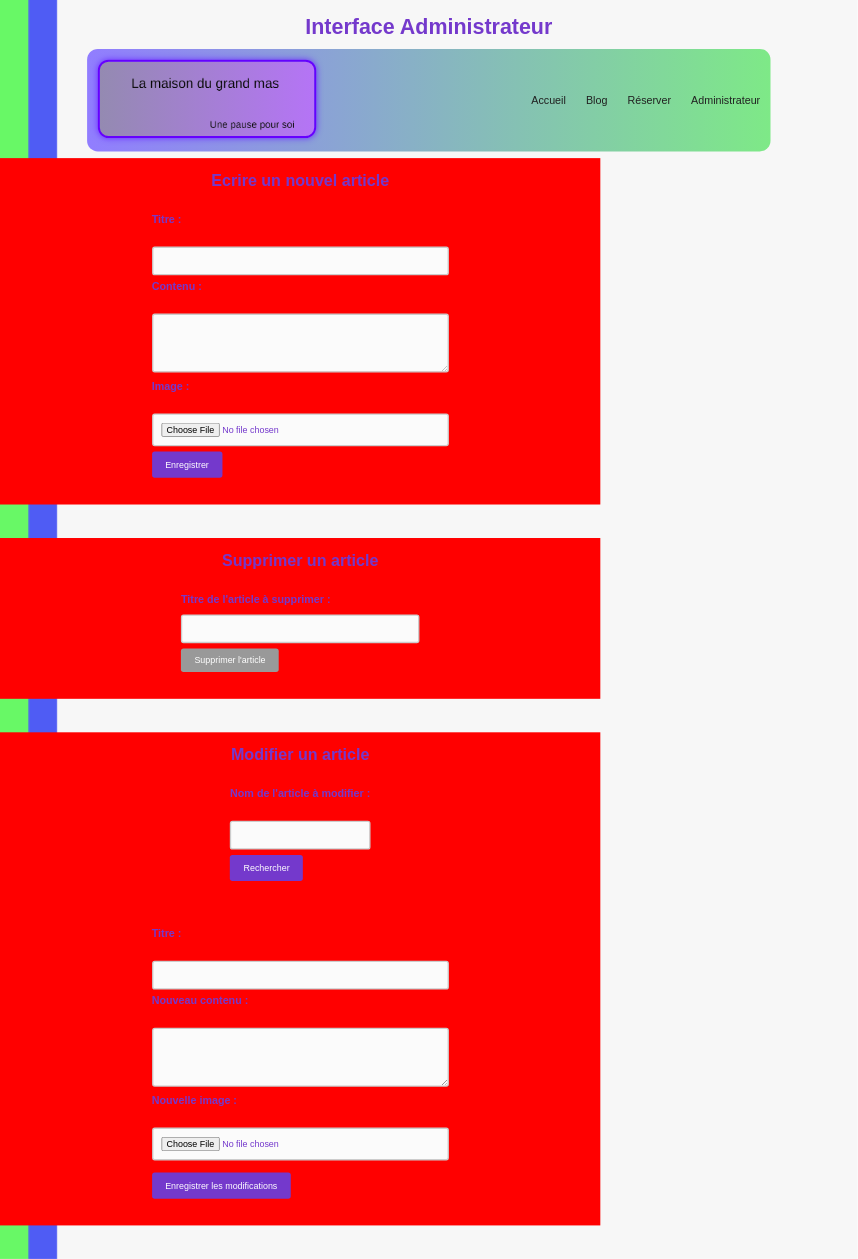
Repository: Crosnierpaul/Les_Rangers_de_Pouvoir
Page: http://localhost/adminBlog
These files come from the project's save history. The page is drawn as it stood at one moment and after a run of saves; the edit follows.
The browser window is 1280 px wide. The pictures show the whole page, at 67% of full size.
Backgrounds fixed to the window are drawn as part of the page. The page is served by the project's Node server (site/server.js). Other server files are loaded and not shown.

Above is the page before, as saved 2024-05-07 16:50:24.

### site/public/views/blogAdmin.ejs
<!DOCTYPE html>
<html lang="fr">
<head>
    <meta charset="UTF-8">
    <meta name="viewport" content="width=device-width, initial-scale=1.0">
    <title>Interface Administrateur</title>
    <link rel="stylesheet" href="/css/style.css">
    <link rel="stylesheet" href="/css/blogAdmin.css">
    <!-- Utilisation du chemin absolu pour le fichier CSS -->
</head>
<body>
        <h1>Interface Administrateur</h1>
        <%- include('navbarAdmin') %>

    <section>
        <h2>Ecrire un nouvel article</h2>
        <form id="articleForm">
            <label for="title">Titre :</label><br>
            <input type="text" id="title" name="title" required><br>
            <label for="content">Contenu :</label><br>
            <textarea id="content" name="content" rows="4" cols="50" required></textarea><br>
            <label for="image">Image :</label><br>
            <input type="file" id="image" name="image"><br>
            <input type="submit" value="Enregistrer">
        </form>
    </section>

    <section>
        <h2>Supprimer un article</h2>
         <form id="deleteArticleForm">
            <label for="articleTitleToDelete">Titre de l'article à supprimer :</label>
            <input type="text" id="articleTitleToDelete" name="articleTitleToDelete">
            <button type="submit">Supprimer l'article</button>
        </form>
    </section>

    <section >
        <h2>Modifier un article</h2>
        <form id="searchArticleForm">
            <label for="searchTitle">Nom de l'article à modifier :</label><br>
            <input type="text" id="searchTitle" name="searchTitle" required><br>
            <input type="submit" value="Rechercher">
        </form>

        <form id="editArticleForm">
            <label for="editTitle">Titre :</label><br>
            <input type="text" id="editTitle" name="editTitle" readonly required><br>
            <label for="editContent">Nouveau contenu :</label><br>
            <textarea id="editContent" name="editContent" rows="4" cols="50" required></textarea><br>
            <label for="editImage">Nouvelle image :</label><br>
            <input type="file" id="editImage" name="editImage"><br>
            <input type="submit" value="Enregistrer les modifications" id="saveChanges">
        </form>
    </section>

    <script src="/js/blogAdmin.js"></script> <!-- Utilisation du chemin absolu pour le fichier JavaScript -->
</body>
</html>

### site/public/views/navbarAdmin.ejs
<!DOCTYPE html>
<html lang="fr">
<head>
    <meta charset="UTF-8">
    <meta name="viewport" content="width=device-width, initial-scale=1.0">
    <title>Navbar</title>
    <link href="/css/navbar.css" rel="stylesheet">
</head>
<body>
    <header>
        <nav class="navbar navbar-expand-md navbar-light">
            <div class="container">
                <!-- Ajouter le bouton de bascule pour les petits écrans
                <button class="navbar-toggler" type="button" data-toggle="collapse" data-target="#navbarSupportedContent" aria-controls="navbarSupportedContent" aria-expanded="false" aria-label="Toggle navigation">
                    <span class="navbar-toggler-icon"></span>
                </button> -->
                <div class="collapse navbar-collapse justify-content-center" id="navbarSupportedContent">
                    <ul class="navbar-nav d-flex justify-content-start">
                        <li id="liLogo">
                            <img id="logo" src="/images/logo.png"/>
                        </li>
                        <li class="nav-item">
                            <a class="nav-link" href="/">Accueil</a>
                        </li>
                        <li class="nav-item">
                            <a class="nav-link" href="/blog">Blog</a>
                        </li>
                        <li class="nav-item">
                            <a class="nav-link" href="/entretien">Réserver</a>
                        </li>
                        <li class="nav-item">
                            <a class="nav-link" href="/admin">Administrateur</a>
                        </li>
                        </ul>
                    </div>
                </div>
            </div>
        </nav>
    </header>

    <!-- Inclure jQuery (requis pour Bootstrap JavaScript)
    <script src="https://ajax.googleapis.com/ajax/libs/jquery/3.5.1/jquery.min.js"></script>
    Inclure Bootstrap JavaScript
    <script src="https://stackpath.bootstrapcdn.com/bootstrap/4.5.2/js/bootstrap.bundle.min.js"></script> -->
</body>
</html>

<script>
    // Attendez que le DOM soit chargé
    document.addEventListener("DOMContentLoaded", function() {
        // Récupérez l'URL de la page actuelle
        var currentLocation = window.location.href.substring("http://localhost:3000".length);

        // Sélectionnez tous les liens de la navbar
        var navLinks = document.querySelectorAll('.navbar-nav .nav-item');

        // Parcourez chaque lien pour vérifier s'il correspond à la page active
        navLinks.forEach(function(navItem) {
            var link = navItem.querySelector('.nav-link');
            var linkHref = link.getAttribute('href');

            // Vérifiez si l'URL de la page actuelle correspond à l'URL du lien dans la navbar
            if (currentLocation === linkHref) {
                // Ajoutez la classe 'active' à l'élément parent (li) correspondant
                navItem.classList.add('active');
            }
        });
    });
</script>

### site/server.js
const express = require('express');
const mongoose = require('mongoose');
const semainesRoutes = require('./routes/semainesRoutes');
const articleRoutes = require('./routes/articleRoutes');
const reservationsRoutes = require('./routes/reservationsRoutes');
const entretienRoutes = require('./routes/entretienRoutes');
const path = require('path');

const app = express();
const PORT = process.env.PORT || 3000;

//----------- Connect to MongoDB -----------//
mongoose.connect('mongodb://localhost:27017/siteDB', { useNewUrlParser: true, useUnifiedTopology: true })
    .then(() => {
        console.log('Connected to MongoDB');
        app.listen(PORT, () => {
            console.log(`Server is running on port ${PORT}`);
        });
    })
    .catch(err => console.error('Error connecting to MongoDB:', err));

//----------- Middleware -----------//
app.use(express.json());

app.use(express.static(path.join(__dirname, 'public')));

//----------- View engine setup -----------//
app.set('views', path.join(__dirname, 'public', 'views'));

app.set('view engine', 'ejs');

//----------- Routes -----------//
app.use('/semaines', semainesRoutes);
app.use('/reservations', reservationsRoutes);
app.use('/articles', articleRoutes);
app.use('/entretiens', entretienRoutes);

app.get('/', (req, res) => {
    res.render('index');
});

app.get('/blog', (req, res) => {
    res.render('blog');
});

app.get('/reservation', (req, res) => {
    res.render('reservation');
});

app.get('/admin', (req, res) => {
    res.render('admin');
});

app.get('/adminBlog', (req, res) => {
    res.render('blogAdmin');
});

app.get('/adminReservation', (req, res) => {
    res.render('reservationAdmin');
});

app.get('/entretien', (req, res) => {
    res.render('entretien');
});

app.get('/adminEntretien', (req, res) => {
    res.render('entretienAdmin');
});

app.get('/adminAccueil', (req, res) => {
    res.render('accueilAdmin');
});

### site/public/css/style.css

body {
    font-family: Arial, sans-serif;
    margin: 20px;
    padding: 0;
    background-image: url(../images/layered-waves-haikei.png);
    background-size: cover;
    background-repeat: no-repeat;
    background-attachment: fixed;
}

h1, h2 {
    text-align: center;
    margin-bottom: 5px;
    color: #7439cc;
}


form {
    margin-bottom: 30px;
}

label {
    display: block;
    margin-bottom: 5px;
    color: #7439cc;
}

input[type="text"],
textarea,
input[type="file"] {
    width: 100%;
    padding: 10px;
    margin-bottom: 15px;
    border: 1px solid #191919;
    border-radius: 4px;
    box-sizing: border-box;
    background-color: #fbfbfb;
    color: #7439cc;
}

input[type="submit"],
button[type="submit"] {
    display: inline-block;
    background-color: #999;
    color: #fff;
    padding: 10px 20px;
    margin-bottom: 10px;
    border: none;
    border-radius: 4px;
    cursor: pointer;
}

input[type="submit"]:hover,
button[type="submit"]:hover {
    background-color: #ccc;
    color: #333;
}

#clearArticles,
#deleteArticle {
    margin-right: 10px;
}

@media (max-width: 480px) {
    #deleteArticle,
    #deleteLastArticle {
        width: 100%;
        display: block;
        margin-right: 0;
    }
}

#articlesList {
    background-color: #333;
}

/*------------------------- CONTAINER ET INFOS INFOS ACCUEIL ---------------------------------------------*/

.bordertitle {
    border-bottom: 4px solid #e9de02;
    border-top: 4px solid #e9de02;
    box-shadow: #e9de024e -5px 5px, rgba(240, 46, 170, 0.3) -10px 10px, rgba(240, 46, 170, 0.2) -15px 15px, rgba(240, 46, 170, 0.1) -20px 20px, rgba(240, 46, 170, 0.05) -25px 25px;
}


.containerindex {
    display: flex;
    flex-direction: column;
    min-width: 40em;
    max-width: 120em;
    align-items: center;
    border-radius: 48px 10px 46px 10px;
    -webkit-border-radius: 48px 10px 46px 10px;
    -moz-border-radius: 48px 10px 46px 10px;
    background-image: url(../images/blob-scene-haikei.png);
    background-repeat: no-repeat;
    background-size: cover;
}
.row {
    display: flex;
    justify-content: center; /* Espacement égal entre les éléments */
    width: 100%;
}

.card {
    --background: linear-gradient(to left, #7439cc 0%, #1ae42b 100%);
    max-width: 100%;
    max-height: 100%;
    padding: 5px;
    border-radius: 1rem;
    overflow: visible;
    background: #f7ba2b;
    background: var(--background);
    position: relative;
    z-index: 1;
    margin: 20px;
    margin-top: 15px;
}

.card::after {
    position: absolute;
    content: "";
    top: 30px;
    left: 0;
    right: 0;
    z-index: -1;
    height: 100%;
    width: 100%;
    transform: scale(0.8);
    filter: blur(25px);
    background: #f7ba2b;
    background: var(--background);
    transition: opacity .5s;
}

.card-info {
    --color: #f4f4f4;
    background: var(--color);
    color: var(--color);
    display: flex;
    flex-direction: column; /* Affichage en colonnes */
    justify-content: center;
    align-items: center;
    width: 100%;
    height: 100%;
    overflow: visible;
    border-radius: .7rem;
}

.card .title {
    font-weight: bold;
}

/*Hover*/
.card:hover::after {
    opacity: 0;
}

.card:hover .card-info {
    color: #f7ba2b;
    transition: color 1s;
}

/* Ajouter un espace de 25px entre les deux cartes du haut */
.row:first-child .col-6 {
    margin-right: 25px;
}

/* Centrer la carte du bas */
.row:last-child {
    justify-content: center;
}

.row {
    display: flex;
    justify-content: center;
    width: 100%;
    flex-direction: row;
    flex-wrap: nowrap;
    align-content: center;
    align-items: center;
}


/*------------------------- ONEPAGE ---------------------------------------------*/

body {
    font-family: Arial, sans-serif;
    margin: 0;
    padding: 0;
    box-sizing: border-box;
    overflow-x: hidden; /* Empêche le défilement horizontal d'apparaître */
}

.navbarHori {
    position: fixed;
    top: 50%; /* Positionne la barre de navigation à 50% du haut de la fenêtre */
    transform: translateY(-50%); /* Déplace la barre de navigation vers le haut de moitié de sa propre hauteur */
    right: 10px; /* Ajoute un espace à droite pour éviter le chevauchement avec la barre de défilement */
    width: 20px; /* Largeur réduite de la barre de navigation */
    height: calc(100vh - 50vh); /* Hauteur de la barre de navigation (100% de la hauteur moins 50% de la hauteur) */
    background-color: rgb(156, 255, 164);
    display: flex;
    flex-direction: column;
    align-items: center;
    justify-content: center;
    border-radius: 15px;
    opacity: 0.2; /* Définit l'opacité initiale à 0 (invisible) */
    transition: opacity 0.3s ease; /* Ajoute une transition sur l'opacité */
}

.navbarHori:hover {
    opacity: 1; /* Rend la barre de navigation visible au survol */
}

.navbarHori a {
    text-decoration: none;
    margin-bottom: 18px; /* Réduit légèrement l'espacement entre les points */
    width: 10px; /* Largeur réduite du point */
    height: 10px; /* Hauteur réduite du point */
    border-radius: 50%; /* Pour rendre le point rond */
    background-color: #fff;
    display: flex;
    align-items: center;
    justify-content: center;
    transition: transform 0.2s ease; /* Ajoute une transition sur la propriété transform */
}

.navbarHori a:hover {
    transform: scale(0.9); /* Réduit légèrement la taille du point au survol */
}

.navbarHori a:active {
    transform: scale(0.8); /* Réduit davantage la taille du point lorsque pressé */
    /* background-color: #666; /* Change la couleur de fond du point lorsque pressé */
    opacity: 0;
}

.baniere {
    display: flex;
    flex-direction: column;
    align-items: center;
    justify-content: center;
    padding: 50px;
    margin: 1em;
    background-image: url(https://www.barnes-international.com/images/titres_personnalises/-titre-lhYBl.jpg);
    height: 60vh;
    border-radius: 1em;
}

.section {
    display: flex;
    flex-direction: column;
    align-items: center;
    padding: 50px;
    margin-top: 80px;
    /* background-image: url(https://img.freepik.com/vecteurs-premium/fond-remplissage-motif-repetition-sans-soudure_74869-1234.jpg?size=626&ext=jpg&ga=GA1.1.1413502914.1713571200&semt=ais); */
    /* --background: linear-gradient(to bottom, #ffffff 0%, #999999 100%);
    background: var(--background); */
    background-color: #eeeeee00;
    max-height: 400vh;
    min-height: 100vh;
}

.section h1 {
    text-align: center;
    margin-top: -20px;
    margin-bottom: 20px;
    color : #7439cc;
}

.section ul {
    list-style-type: none;
    padding: 0;
    margin: 0;
}

.section ul li {
    margin-right: 1em;
    margin-left: 1em;
    position: relative;
    padding-left: 20px;
    margin-bottom: 8px;
    font-size: 18px; /* Taille de texte ajustée */
    line-height: 1.6;
    color: #7439cc;
    font-family: "Arial", sans-serif; /* Changement de police */
}

/* Affiche la section correspondante lorsqu'un point est survolé */
.navbarHori a:hover::before {
    content: attr(data-section); /* Affiche le nom de la section */
    position: absolute;
    right: 180%; /* Positionne le texte à gauche de la barre de navigation */
    background-color: rgba(255, 255, 255, 0.9); /* Couleur de fond du texte */
    padding: 5px;
    border-radius: 5px;
    font-size: 14px;
    white-space: nowrap;
}

@media (max-width: 768px) { /* Ajout de la règle media query pour les tailles de vue inférieures à 768px, qui est généralement utilisée pour les tablettes et les téléphones */
    .navbarHori {
        position: fixed;
        top: 50%;
        transform: translateY(-50%); /* Déplace la barre de navigation vers le haut de moitié de sa propre hauteur */
        height: auto;
        transform: none; /* Supprime la transformation de translation */
        opacity: 1; /* Rend la barre de navigation toujours visible */
        background-color: rgb(156, 255, 164); /* Couleur de fond */
    }

    .navbarHori:hover,
    .navbarHori a:hover,
    .navbarHori a:active {
        transform: none; /* Supprime la transformation au survol ou à l'activation */
        opacity: 1; /* Rend la barre de navigation toujours visible */
    }

    .navbarHori a::before {
        display: none; /* Cache le texte de section avant le survol */
    }
}

#articlesList div {
    background-color: #f9f9f9;
    border-radius: 1em;
    margin: 1em;
    padding-top: 2vh;
    padding-bottom: 2vh;
    padding-left: 5vh;
    padding-right: 5vh;
}

#articlesList p, #articlesList h2 {
    color: #7439cc;
}

#articlesList {
    background-color: transparent;
}

### site/public/css/blogAdmin.css

/* Style pour le formulaire d'ajout d'article */
#articleForm {
    margin-top: 30px;
}

/* Style pour le formulaire de suppression d'article */
#deleteArticleForm {
    margin-top: 30px;
}

/* Style pour le formulaire de recherche d'article */
#searchArticleForm {
    margin-top: 30px;
}

/* Style pour le formulaire de modification d'article */
#editArticleForm {
    margin-top: 30px;
}

/* Style pour les étiquettes des formulaires */
label {
    font-weight: bold;
}
/* Styles pour les sections */
section {
    margin-bottom: 50px;
    width: 70%;
    display: flex;
    flex-direction: column;
    align-items: center;
    background-color: red;
}

/* Style pour les titres des sections */
h1, h2 {
    text-align: center;
}

/* Style pour les champs de saisie et les zones de texte */
input[type="text"],
input[type="file"],
textarea {
    width: 100%;
    padding: 12px;
    margin: 8px 0;
    box-sizing: border-box;
    border: 2px solid #ccc;
    border-radius: 4px;
    outline: none;
    transition: border-color 0.3s;
}

/* Style pour les champs de saisie et les zones de texte au survol */
input[type="text"]:focus,
input[type="file"]:focus,
textarea:focus {
    border-color: #7439cc;
}

/* Style pour les boutons */
input[type="submit"],
button {
    background-color: #7439cc;
    color: white;
    padding: 12px 20px;
    border: none;
    border-radius: 4px;
    cursor: pointer;
    transition: background-color 0.3s;
}

/* Style pour les boutons au survol */
input[type="submit"]:hover,
button:hover {
    background-color: #5f2982;
}
/* Style pour les boutons de modification */
#saveChanges {
    margin-top: 10px;
}

/* Style pour les messages d'erreur */
.error {
    color: red;
    margin-top: 5px;
}

### site/public/css/navbar.css
.start-header {
	opacity: 1;
	transform: translateY(0);
	padding: 20px 0;
	box-shadow: 0 10px 30px 0 rgba(138, 155, 165, 0.15);
	-webkit-transition : all 0.3s ease-out;
	transition : all 0.3s ease-out;
}

.start-header.scroll-on {
	box-shadow: 0 5px 10px 0 rgba(138, 155, 165, 0.15);
	padding: 10px 0;
	-webkit-transition : all 0.3s ease-out;
	transition : all 0.3s ease-out;
}

.start-header.scroll-on .navbar-brand img{
	height: 24px;
	-webkit-transition : all 0.3s ease-out;
	transition : all 0.3s ease-out;
}

.navigation-wrap{
	position: fixed;
	width: 100%;
	top: 0;
	left: 0;
	z-index: 1000;
	-webkit-transition : all 0.3s ease-out;
	transition : all 0.3s ease-out;
}

.navbar {
    padding: 10px 0;
    display: flex;
    justify-content: center;
	margin-left: 1em;
  	margin-right: 1em;
}

.navbar-toggler {
	float: right;
	border: none;
	padding-right: 0;
	padding-left: 0;

}

.navbar-toggler:active,
.navbar-toggler:focus {
	outline: none;
}

.navbar-light .navbar-toggler-icon {
	width: 24px;
	height: 17px;
	background-image: none;
	position: relative;
	border-bottom: 1px solid #000;
    transition: all 300ms linear;
}

.navbar-light .navbar-toggler-icon:after,
.navbar-light .navbar-toggler-icon:before{
	width: 24px;
	position: absolute;
	height: 1px;
	background-color: #000;
	top: 0;
	left: 0;
	content: '';
	z-index: 2;
    transition: all 300ms linear;
}

.navbar-light .navbar-toggler-icon:after{
	top: 8px;
}

.navbar-toggler[aria-expanded="true"] .navbar-toggler-icon:after {
	transform: rotate(45deg);
}

.navbar-toggler[aria-expanded="true"] .navbar-toggler-icon:before {
	transform: translateY(8px) rotate(-45deg);
}

.navbar-toggler[aria-expanded="true"] .navbar-toggler-icon {
	border-color: transparent;
}

.nav-link{
	color: #212121 !important;
	font-weight: 500;
    transition: all 200ms linear;
}

.nav-item.active .nav-link{
	color: #7439cc  !important;
}

/* LIGNE SOUS LIEN APRES SOURIS DESSUS */

.nav-link {
	position: relative;
	padding: 5px 0 !important;
	display: inline-block;
}

.nav-item:after {
	position: absolute;
	bottom: -5px;
	left: 0;
	width: 100%;
	height: 2px;
	content: '';
	background-color: #7439cc ;
	opacity: 0;
    transition: all 200ms linear;
}

/* FIN LIGNE SOUS LIEN */

.nav-item:hover:after{
	bottom: 0;
	opacity: 1;
}

.nav-item.active:hover:after{
	opacity: 0;
}

.nav-item {
    position: relative;
    transition: all 200ms linear;
    padding: 1em;
    text-align: center;
}

/* .nav-item.active .nav-link {
    color: #007bff; /* Changez cette couleur pour mettre en évidence l'élément actif
} */

.navbar-brand {
    margin-right: auto;
    margin-left: auto;
}

/* Ajoutez ces styles pour supprimer les puces des éléments li */
.navbar-nav {
    display: flex;
    justify-content: center;
    align-items: center;
    padding-left: 0; /* Supprime le décalage à gauche de la liste */
}

.navbar-nav .nav-item {
    padding: 0 15px;
    list-style: none; /* Supprime les puces */
}

.navbar-nav .nav-link {
    color: #212121 !important;
    font-weight: 500;
    transition: all 200ms linear;
}

.navbar-nav .nav-item:hover .nav-link {
    color: #7439cc !important;
}

/* Modifiez les styles des liens de navigation pour ressembler à du texte normal */
.nav-link {
    color: #212121 !important;
    font-weight: 500;
    transition: all 200ms linear;
    text-decoration: none; /* Supprime le soulignement par défaut des liens */
    cursor: pointer; /* Change le curseur en pointeur au survol */
}

.container {
	--background: linear-gradient(to right, #917dff 0%, #7ee987 100%);
    margin: 0px;
	min-height: 15vh;
	min-width: 60%;
	max-width: max-content;
	background: var(--background);
	border-radius: 1em;
}

.purple {
	color: #7439cc;
}

#logo {
	width: 20em;
	border: 3.5px solid #6600ff;
	border-radius: 1em;
	margin-left:  1em;
	margin-right: 19.1em;
	--background: linear-gradient(to right, #948ab1 0%, #b574f6 100%);
	background: var(--background);
	box-shadow: 0 0 10px 0 rgb(106, 43, 255);
}

#liLogo {
    list-style: none;
}

.nav-item.active:after {
	position: absolute;
	bottom: 0;
	left: 0;
	width: 100%;
	height: 2px;
	content: '';
	background-color: #7439cc ;
	opacity: 1;
}

.rs {
	margin-left: 18em;
	display: inherit;
}

.rs .nav-item {
	margin-left: 5px;
	margin-right: 5px;
}

/* Styles pour les écrans plus petits que 768px */
@media (max-width: 1000px) {
    .navbar {
        flex-direction: column; /* Afficher les éléments de la navbar en colonne */
        align-items: center; /* Centrer les éléments */
    }

    .navbar-nav {
        flex-direction: column; /* Afficher les éléments de la navbar en colonne */
        align-items: center; /* Centrer les éléments */
    }

    .navbar-toggler {
        order: -1; /* Mettre le bouton de bascule en haut */
        margin-bottom: 10px; /* Ajouter un espace entre le bouton de bascule et les liens */
    }

    .rs {
        margin-left: 0; /* Réinitialiser la marge pour les icônes de réseaux sociaux */
        text-align: center; /* Centrer les icônes de réseaux sociaux */
    }
}

/*Styles pour les écrans plus petits que 576px */
@media (max-width: 576px) {
    .navbar-brand {
        margin: 0; /* Réinitialiser la marge pour le logo */
    }

    #logo {
        width: 98.3%; /* Faire en sorte que le logo occupe toute la largeur */
        margin: 0; /* Réinitialiser la marge */
    }

    .rs {
        display: flex; /* Afficher les icônes de réseaux sociaux en ligne */
        justify-content: center; /* Centrer les icônes de réseaux sociaux */
    }

    .rs .nav-item {
        margin: 0 5px; /* Ajouter un espacement horizontal entre les icônes de réseaux sociaux */
    }
}

.tel {
	margin-top: 5px;
}

Loaded but not shown: site/public/js/blogAdmin.js (188 lines, source omitted)

After the next 2 saves:
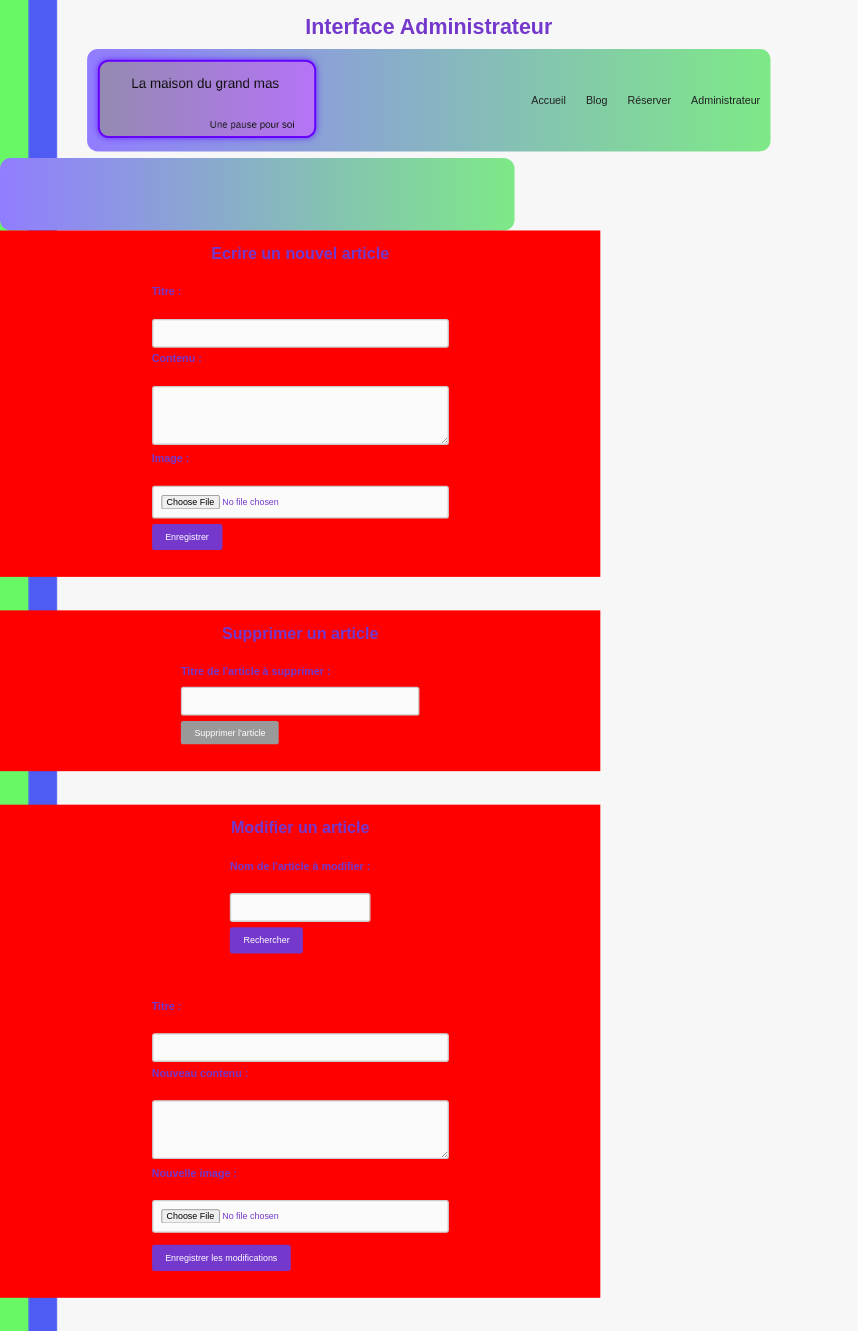
The 2 saves are shown as one change because they came seconds apart.
The last was saved 20 s later.
--- a/site/public/views/blogAdmin.ejs
+++ b/site/public/views/blogAdmin.ejs
@@ -12,6 +12,7 @@
         <h1>Interface Administrateur</h1>
         <%- include('navbarAdmin') %>
 
+        <div class="container"></div>
     <section>
         <h2>Ecrire un nouvel article</h2>
         <form id="articleForm">
